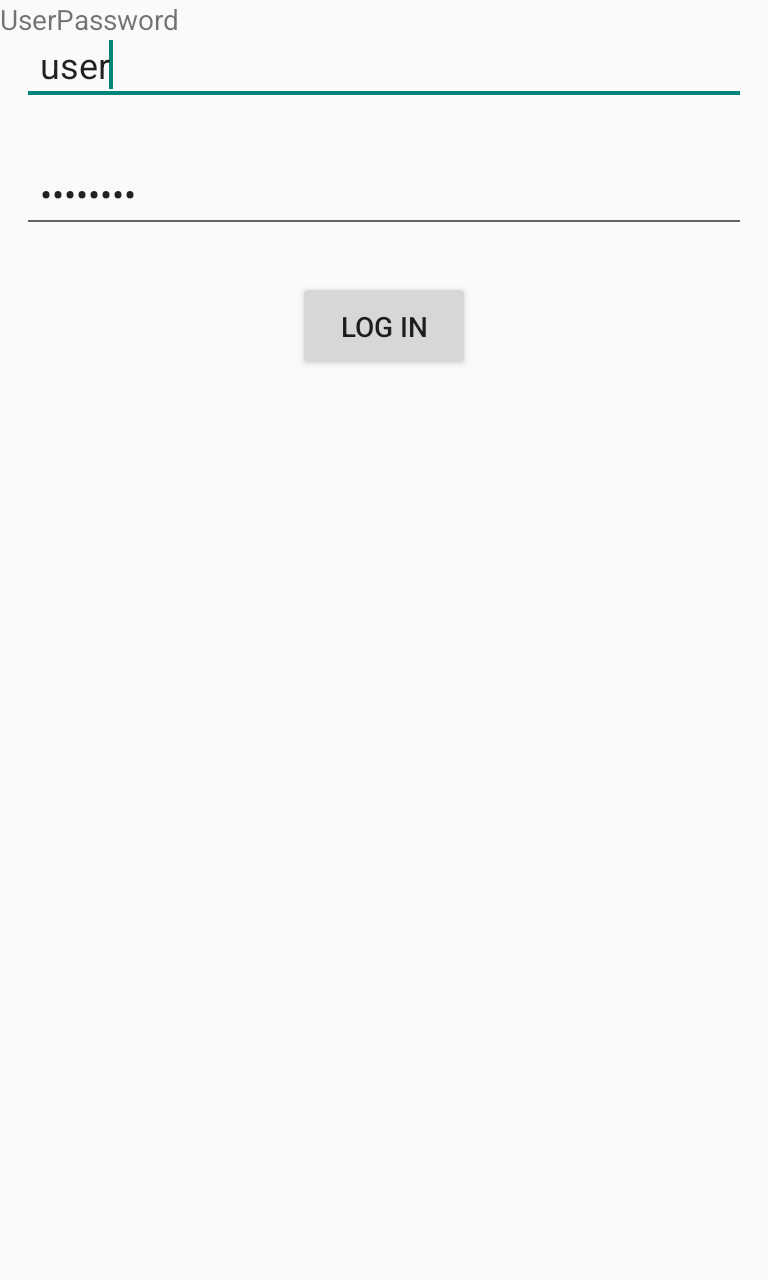
Repository: mgorski-mg/FunsCounter
Layout: FunsCounter/res/layout/login_fragment.xml
These files come from the project's save history. The layout is drawn as it stood at one moment and after a run of saves; the edit follows.
It is drawn on a 768 x 1280 px phone screen (xhdpi) without system bars, with theme AppTheme; the app's code is not run.

Above is the layout before, as saved 2014-02-10 17:34:09.

After the next 2 saves:
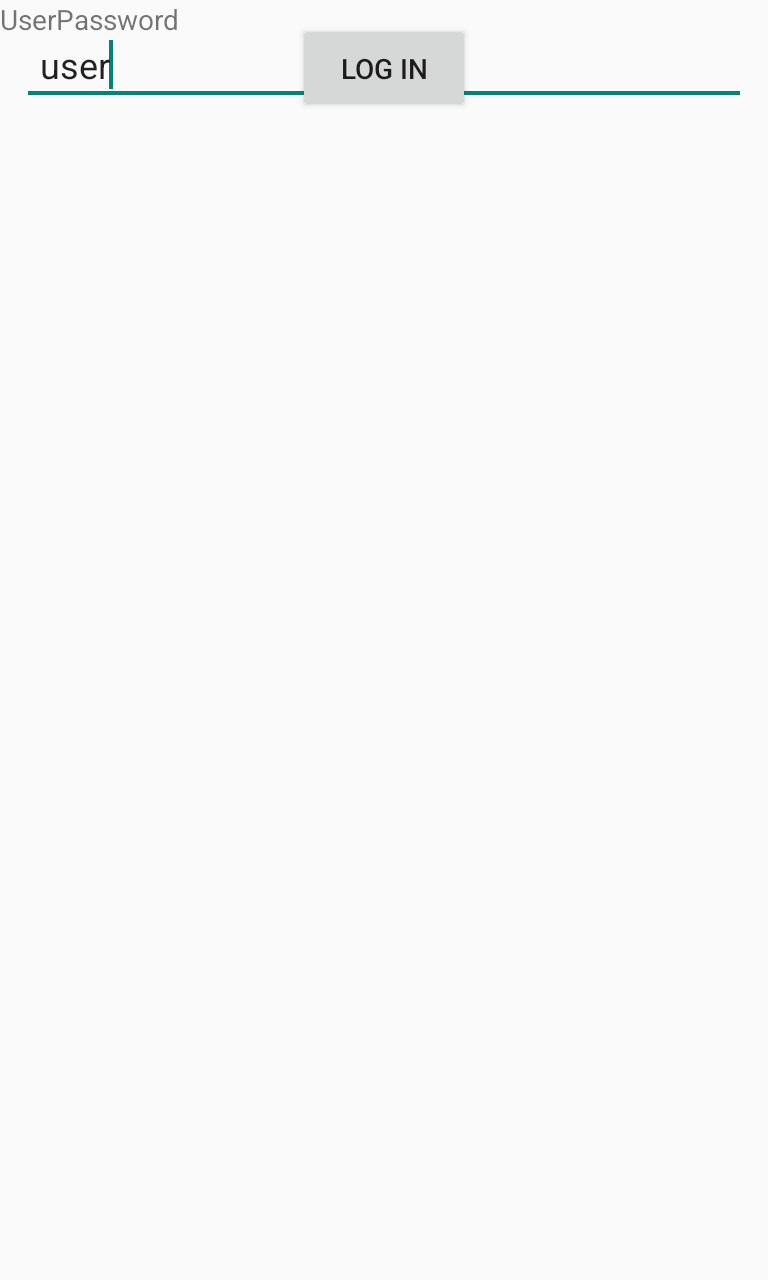
The 2 saves are shown as one change because they came seconds apart.
The last was saved 16 s later.
--- a/FunsCounter/res/layout/login_fragment.xml
+++ b/FunsCounter/res/layout/login_fragment.xml
@@ -16,10 +16,13 @@
             android:layout_width="wrap_content"
             android:layout_height="wrap_content"
             android:text="@string/password" />
-
     </LinearLayout>
 
-    <EditText
+    <LinearLayout
+        android:layout_width="wrap_content"
+        android:layout_height="wrap_content" >
+
+        <EditText
             android:id="@+id/user"
             android:layout_width="match_parent"
             android:layout_height="wrap_content"
@@ -33,16 +36,17 @@
             <requestFocus />
         </EditText>
 
-    <EditText
-        android:id="@+id/password"
-        android:layout_width="match_parent"
-        android:layout_height="wrap_content"
-        android:layout_below="@+id/user"
-        android:layout_margin="10dp"
-        android:ems="10"
-        android:inputType="textPassword"
-        android:padding="10dp"
-        android:text="password" />
+        <EditText
+            android:id="@+id/password"
+            android:layout_width="match_parent"
+            android:layout_height="wrap_content"
+            android:layout_below="@+id/user"
+            android:layout_margin="10dp"
+            android:ems="10"
+            android:inputType="textPassword"
+            android:padding="10dp"
+            android:text="password" />
+    </LinearLayout>
 
     <Button
         android:id="@+id/loginButton"
